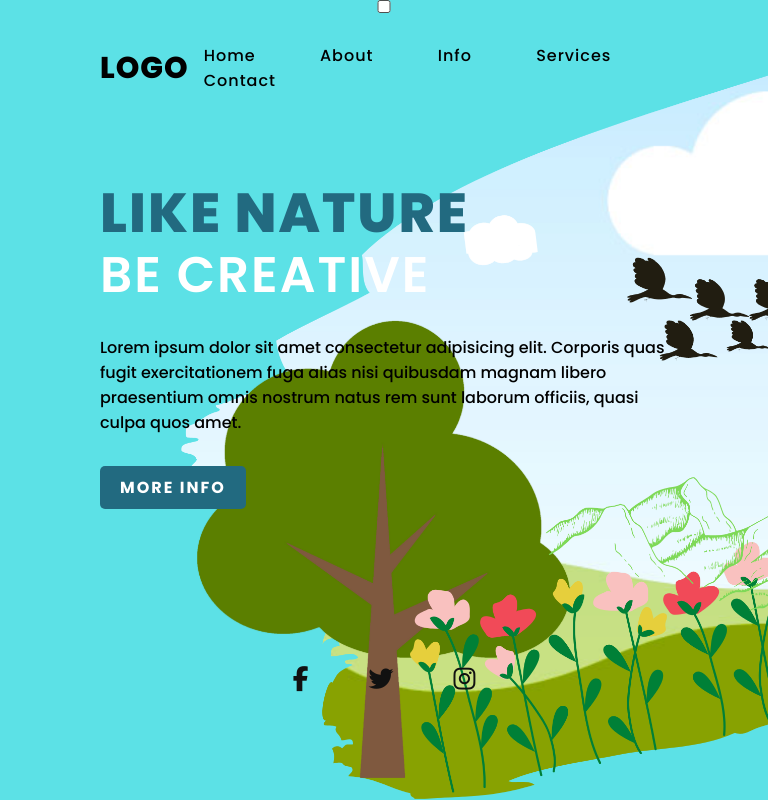
Repository: nganha241/CreativeNature
Page: index.html
These files come from the project's save history. The page is drawn as it stood at one moment and after the next save; the edit follows.
The browser window is 768 px wide. The pictures show the whole page.
Some web libraries are served in a nearby version.

Above is the page before, as saved 2022-06-18 09:08:43.

After the next save:
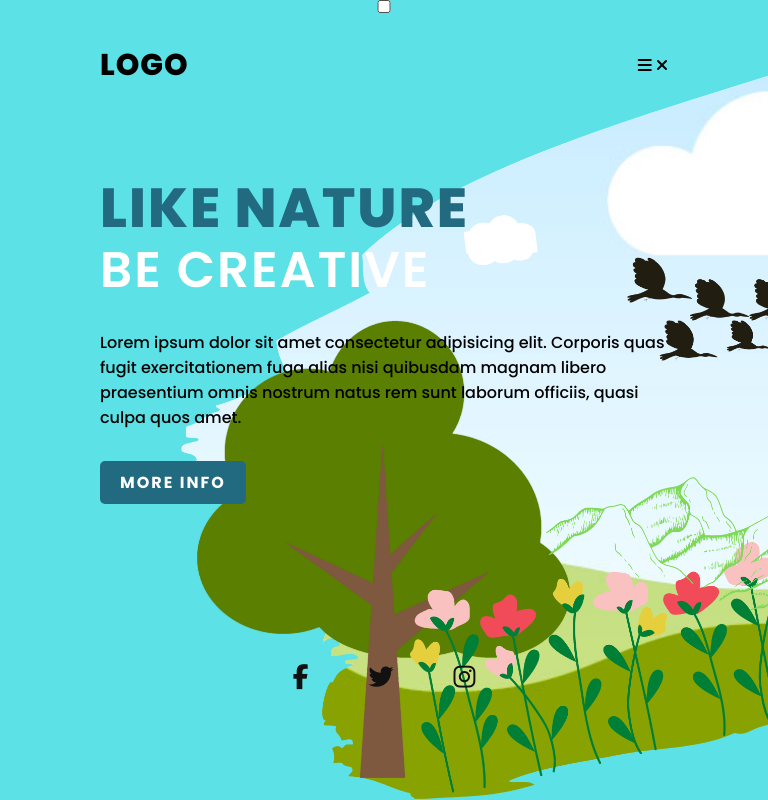
Saved 53 s later.
--- a/style.css
+++ b/style.css
@@ -136,5 +136,11 @@ label {
 }
 
 @media (max-width: 960px) {
-    hed
+    header .navigation {
+        display: none;
+    }
+
+    label {
+        display: block;
+    }
 }
